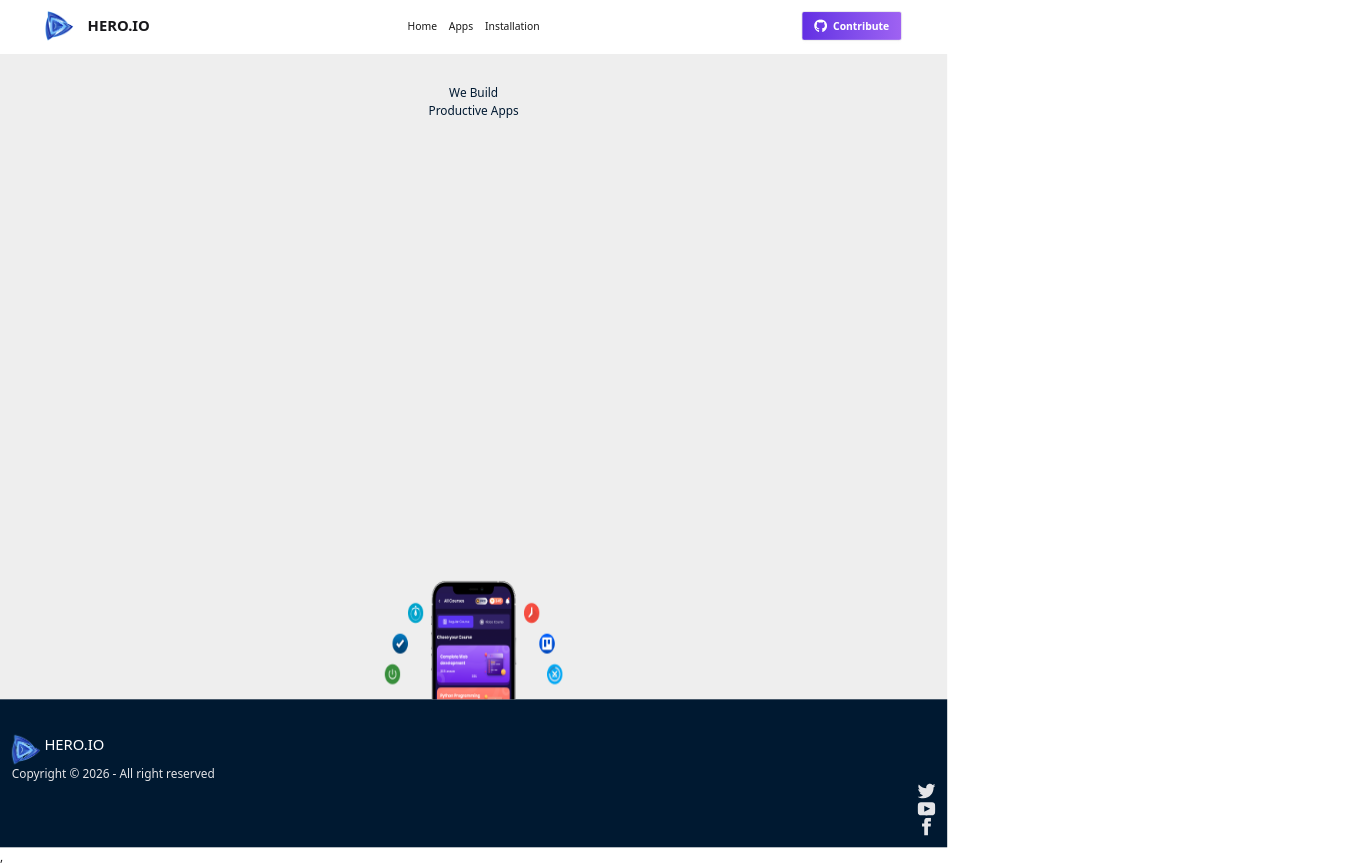
Repository: SanjidaSnigdha/Hero-app-vite-project
Page: /
These files come from the project's save history. The page is drawn as it stood at one moment and after the next save; the edit follows.
The browser window is 1280 px wide. The page is 1834 px wide, then 1280 px, so the pictures cover 1834 px, including what lies to the right of the window. The pictures show the whole page, at 74% of full size.
The project was rebuilt for these pictures with package versions that can differ from the ones it lists, and the page was loaded fresh each time. Also part of the build but not shown: vite.config.js, src/App.css, src/App.jsx, src/Pages/ErrorPages/ErrorPage.jsx.

Above is the page before, as saved 2026-05-23 19:55:28.

After the next save:
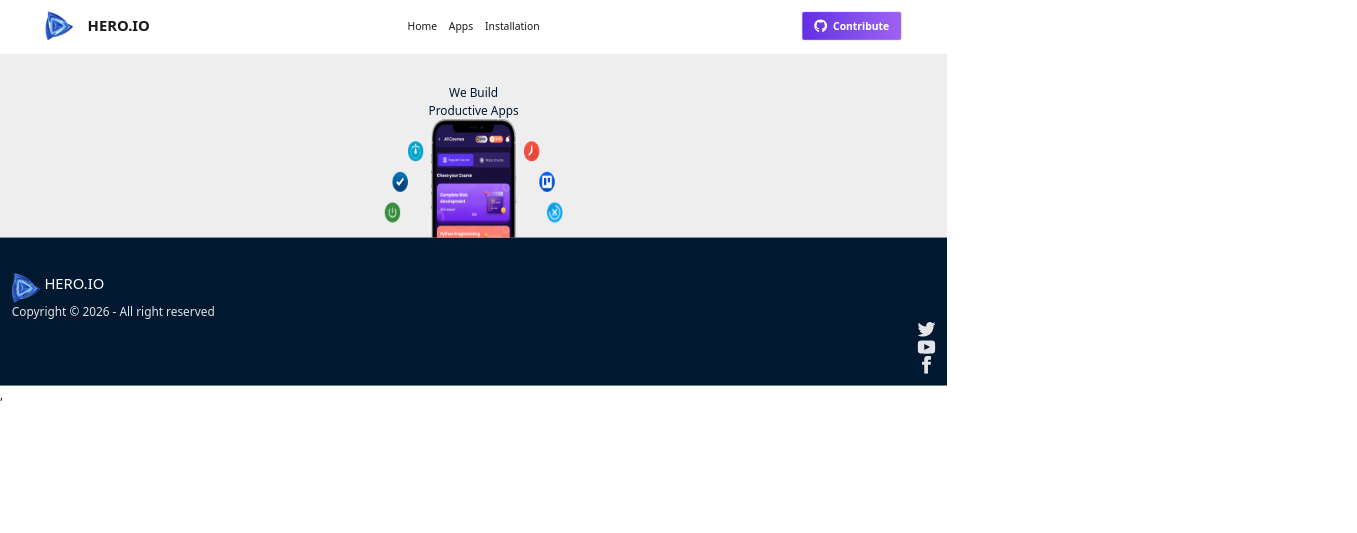
Saved 32 s later.
--- a/src/Components/Banner/Banner.jsx
+++ b/src/Components/Banner/Banner.jsx
@@ -4,7 +4,7 @@
 const Banner = () => {
     return (
         <div className='justify-center items-center text-center flex flex-col mt-1 bg-base-300'>
-            <h1 className='mt-10 w-597 h-168 text-[#001931] '>We Build <br /><span>Productive </span>Apps</h1>
+            <h1 className='mt-10  text-[#001931] '>We Build <br /><span>Productive </span>Apps</h1>
             <img src={bannerImg} alt="" className='w-60 h-40'/>
         </div>
     );
